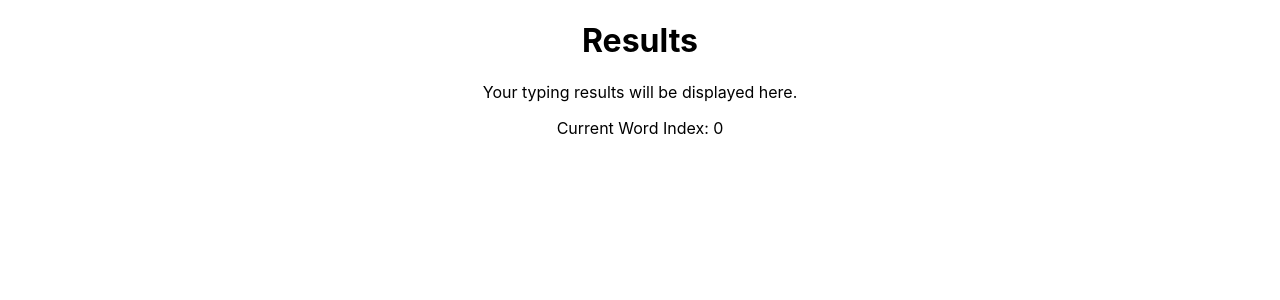
Repository: abhaysharma20233009/swiftKey
Page: /results (app in frontend/my-app/)
An editor plug-in stored every save of this project. The page is shown before and after a run of saves, followed by the edit.
The browser window is 1280 px wide. The pictures show the whole page.
The project was rebuilt for these pictures with package versions that can differ from the ones it lists, and the page was loaded fresh each time. Also part of the build but not shown: frontend/my-app/src/Swifts.js, frontend/my-app/src/Login.js.

Above is the page before, as saved 2024-10-10 11:47:22.

After the next 2 saves:
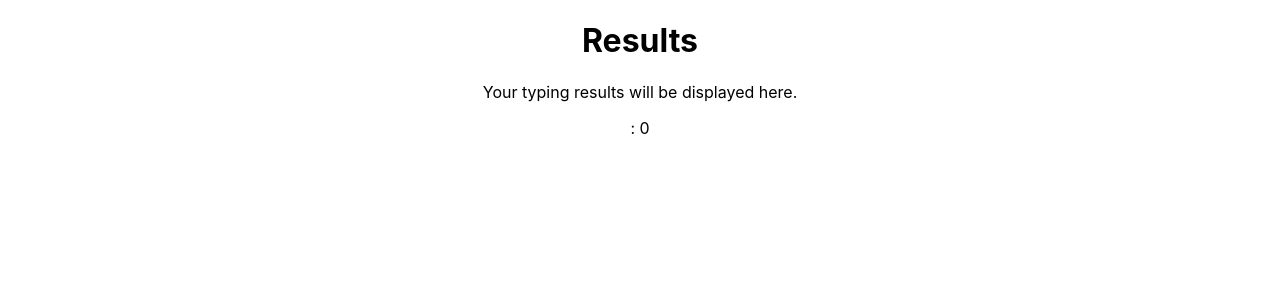
The 2 saves are shown as one change because 1 did not build or start.
The last was saved 95 s later.
--- a/frontend/my-app/src/Results.js
+++ b/frontend/my-app/src/Results.js
@@ -4,12 +4,12 @@ import { useLocation } from 'react-router-dom';
 function Results() {
     const location = useLocation();
     const currentWordIndex = location.state?.currentWordIndex || 0; // Get currentWordIndex from state
-
+    const username =location.state?.username||'';
     return (
         <div style={{ textAlign: 'center', marginTop: '20px' }}>
             <h1>Results</h1>
             <p>Your typing results will be displayed here.</p>
-            <p>Current Word Index: {currentWordIndex}</p>
+            <p>{username}: {currentWordIndex}</p>
         </div>
     );
 }
